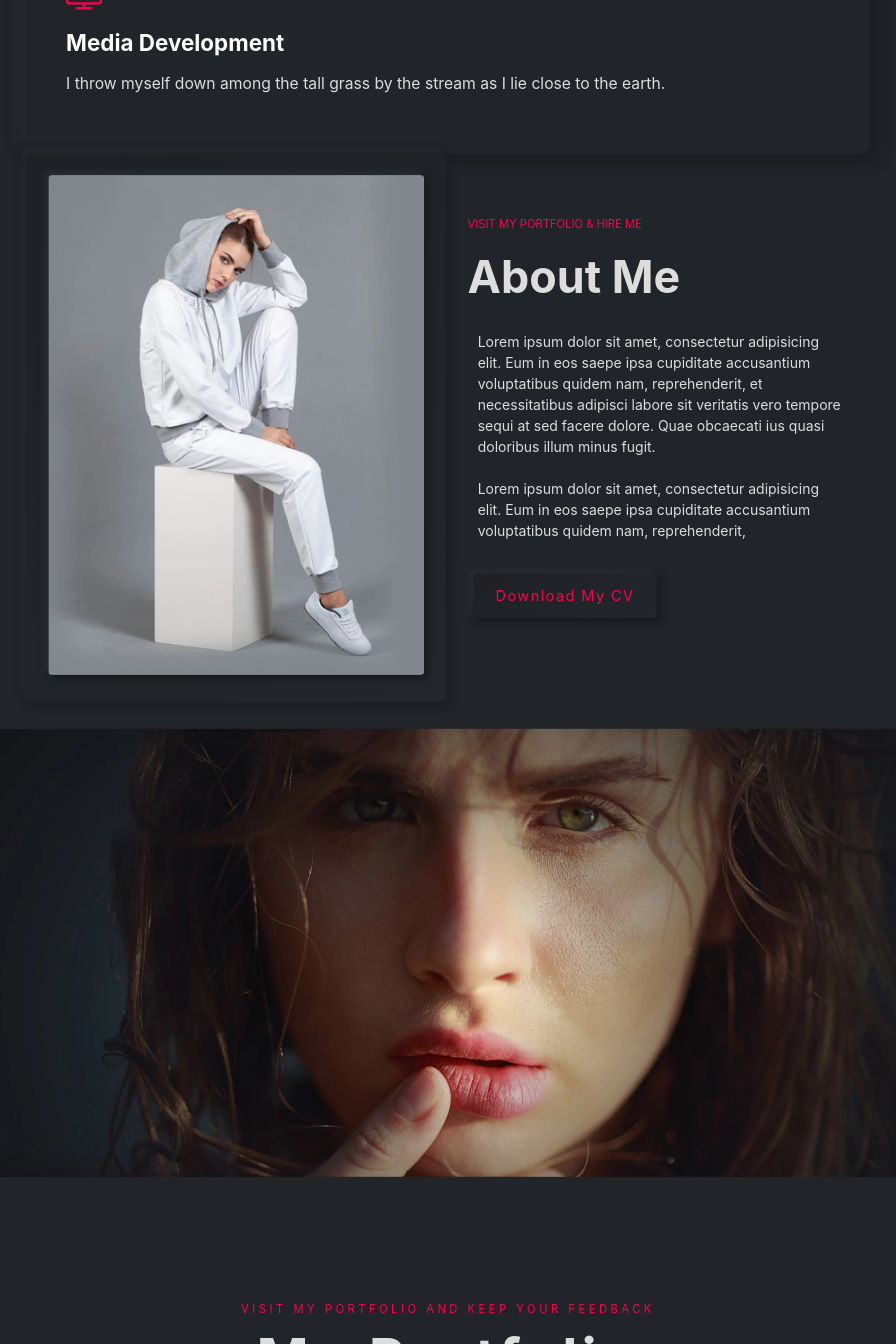
Repository: arminprogramme/inbio
Page: /
The author's editor kept a copy of each file at every save. The page is drawn from the files as they stood at one save, then again after the next save.
The browser window is 1280 px wide. The pictures show the part of the page from y = 1773 to 3693 px (the page is 3812 px tall before and 3908 px after), at 70% of full size.
Backgrounds fixed to the window are drawn as part of the page. Some web libraries are served in a nearby version. The project was rebuilt for these pictures with package versions that can differ from the ones it lists, and the page was loaded fresh each time. Also part of the build but not shown: vite.config.js, src/index.css.

Above is the page before, as saved 2023-10-20 08:43:57.

After the next save:
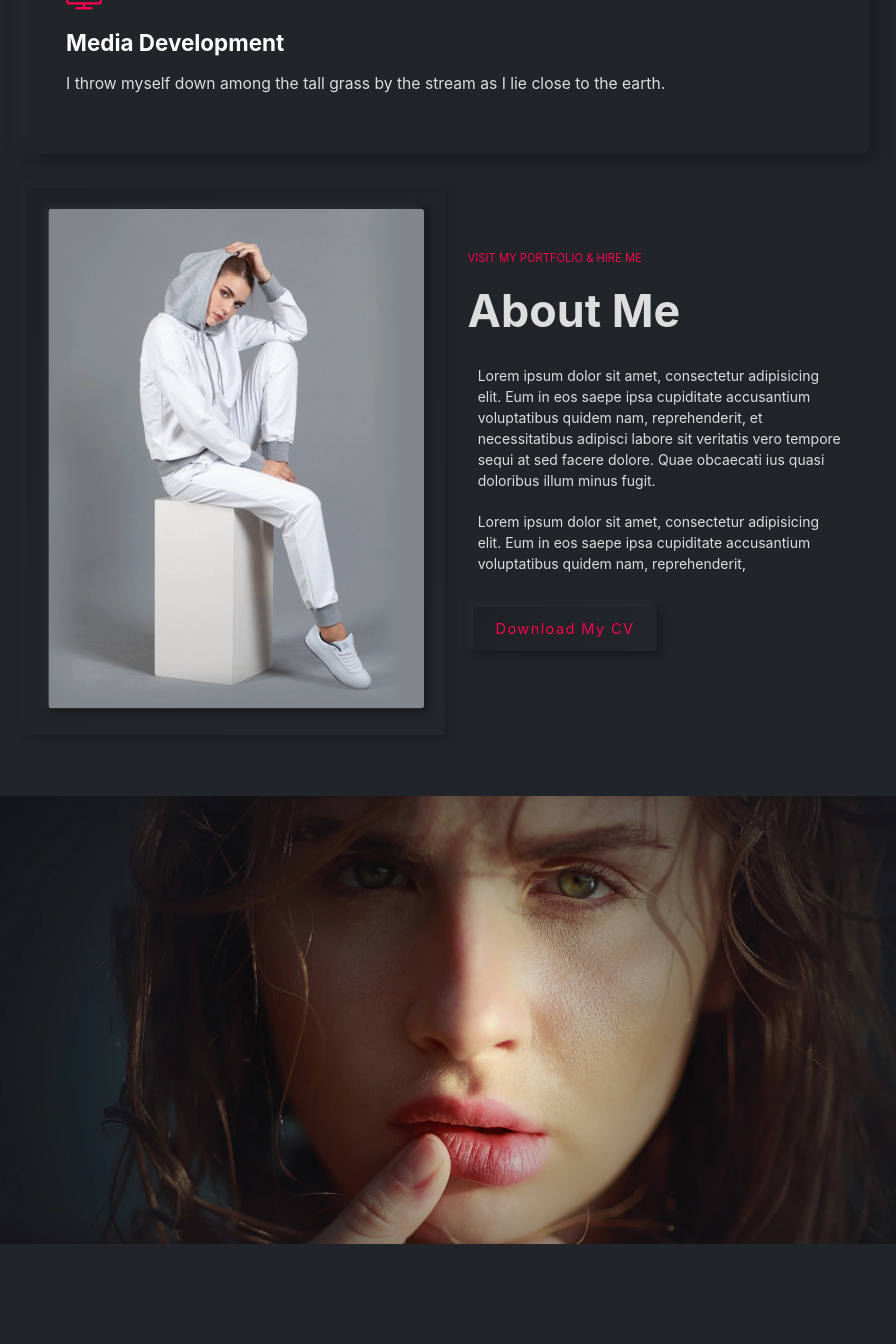
Saved 36 s later.
--- a/src/Component/Body/About/About.jsx
+++ b/src/Component/Body/About/About.jsx
@@ -12,7 +12,7 @@
     }
     render() {
         return (
-            <div>
+            <div className=' my-12'>
                 <div className="about-container  grid grid-cols-1 lg:grid-cols-2 gap-2">
                     <div className="img-about">
                         <div className="inner-img-about">

After the save that followed:
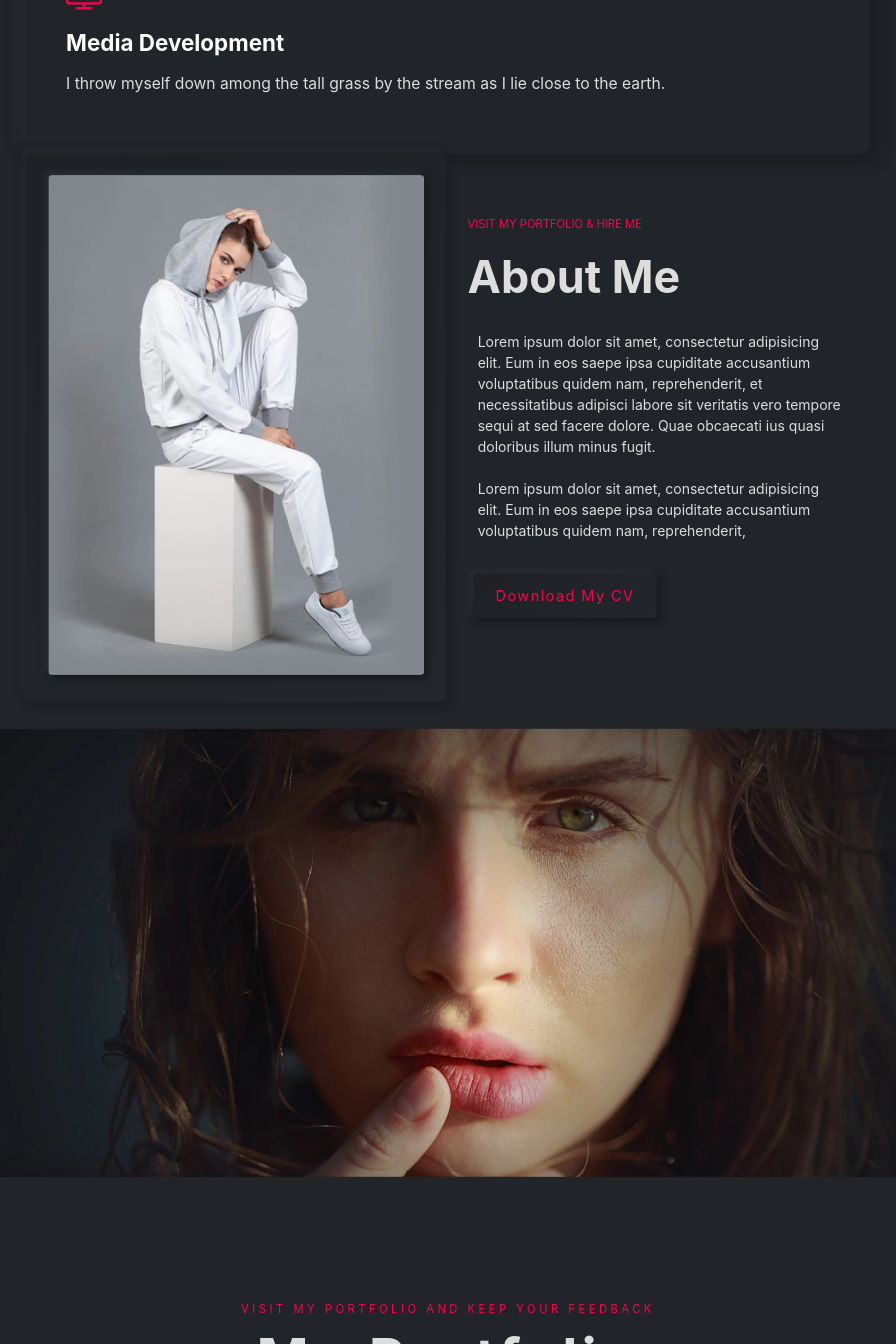
Saved 6 s later.
--- a/src/Component/Body/About/About.jsx
+++ b/src/Component/Body/About/About.jsx
@@ -12,7 +12,7 @@
     }
     render() {
         return (
-            <div className=' my-12'>
+            <div className=' my-52'>
                 <div className="about-container  grid grid-cols-1 lg:grid-cols-2 gap-2">
                     <div className="img-about">
                         <div className="inner-img-about">
